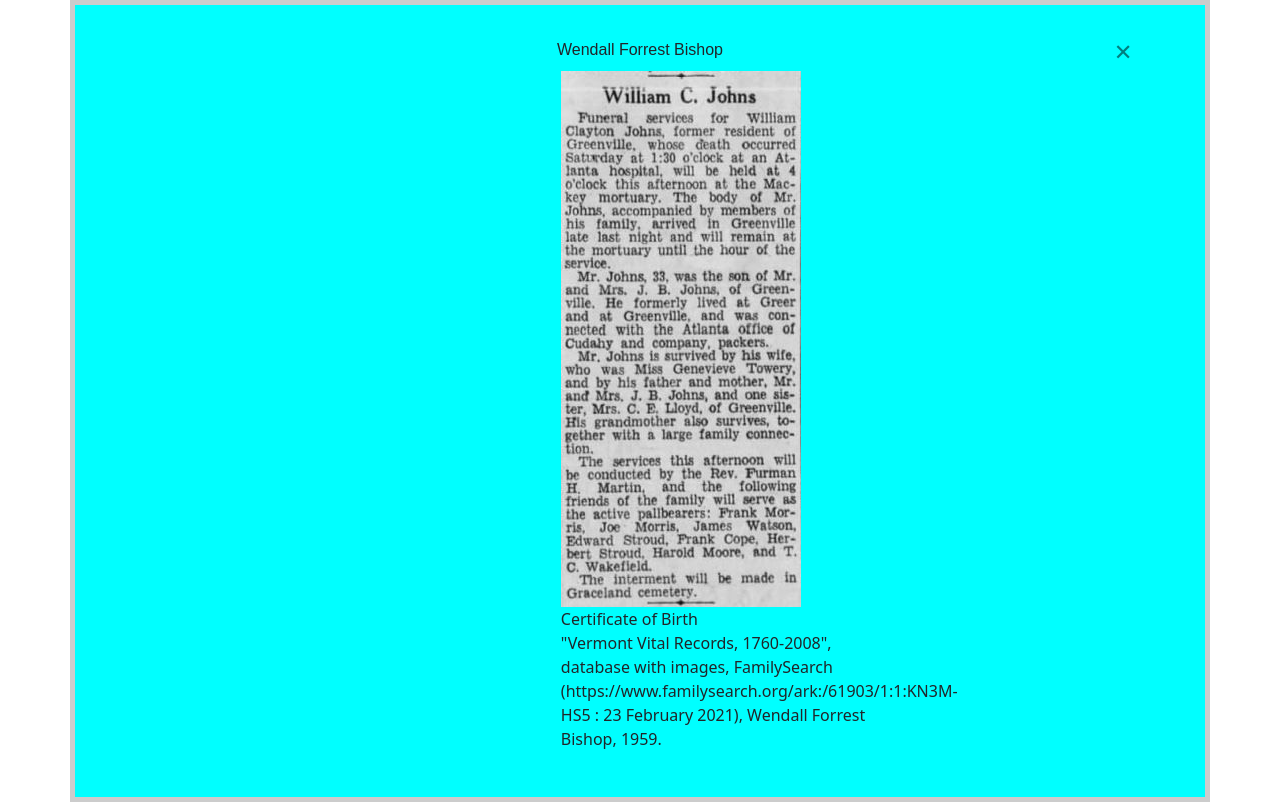
Repository: George2916/GreensladeFamilyTree
Page: photoDocsWendallForrestBishop.html
The author's editor kept a record of every edit. The page is drawn from the files as they stood at one moment, then again after the next edit.
The browser window is 1280 px wide. The pictures show the whole page.

Above is the page before.

After the next edit:
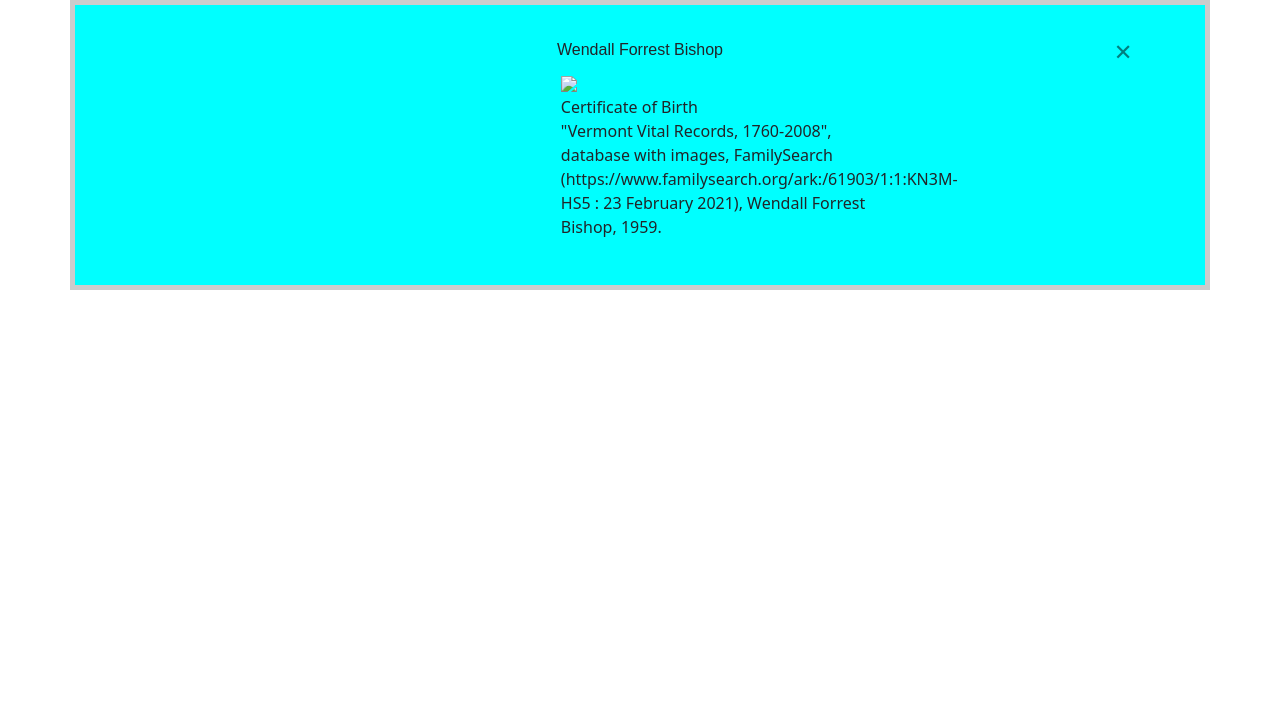
Not found: images/wendallForrestBiship.jpg
The edit:
--- a/photoDocsWendallForrestBishop.html
+++ b/photoDocsWendallForrestBishop.html
@@ -41,7 +41,7 @@
         </div>
 
         <div class="col-12 col-md-4">
-            <img class="img-fluid" src="images/obituaryWilliamCJohns(GenevieveTowery).jpg">
+            <img class="img-fluid" src="images/wendallForrestBiship.jpg">
                 <p>Certificate of Birth<br>
                 "Vermont Vital Records, 1760-2008", database with images, FamilySearch (https://www.familysearch.org/ark:/61903/1:1:KN3M-HS5 : 23 February 2021), Wendall Forrest Bishop, 1959.</p>
         </div>
